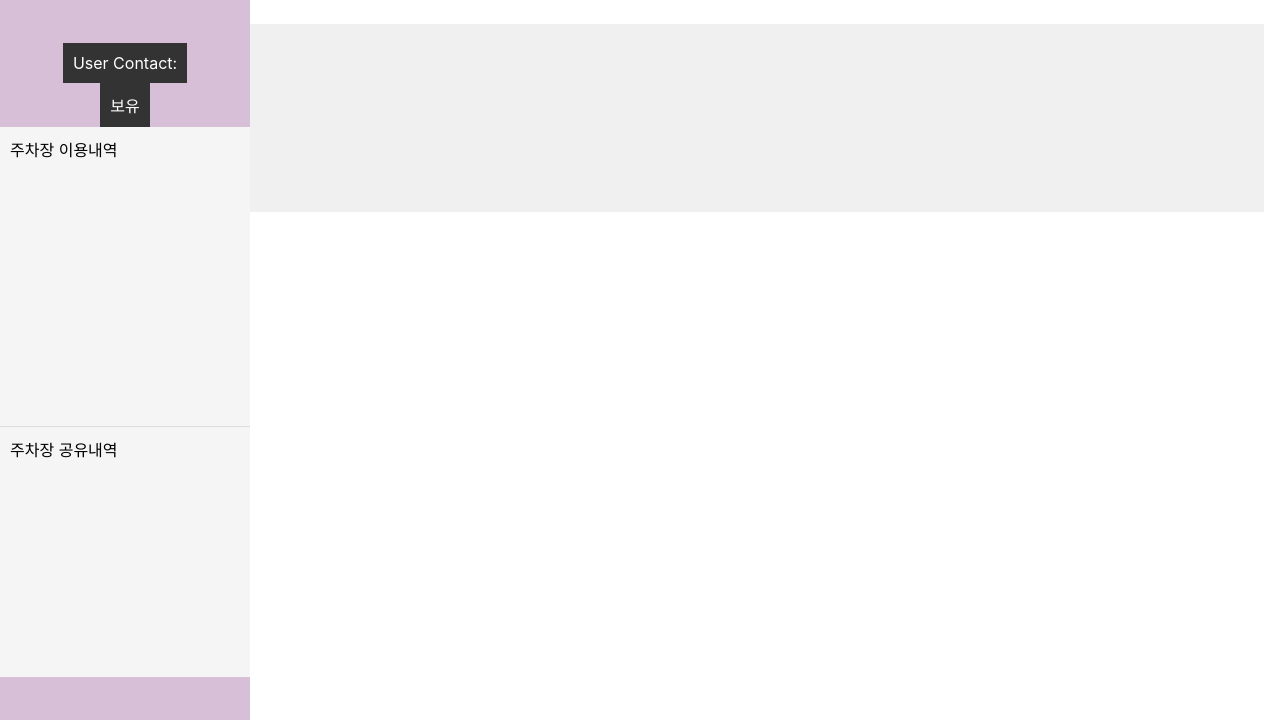
Repository: ohjjoa/reactTest
Page: /, after clicking the first element matching `img`
These files come from the project's save history. The page is drawn as it stood at one moment and after the next save; the edit follows.
The browser window is 1280 px wide. The pictures show the whole page.
The project was rebuilt for these pictures with package versions that can differ from the ones it lists, and the page was loaded fresh each time.

Above is the page before, as saved 2024-08-02 05:18:54.

After the next save:
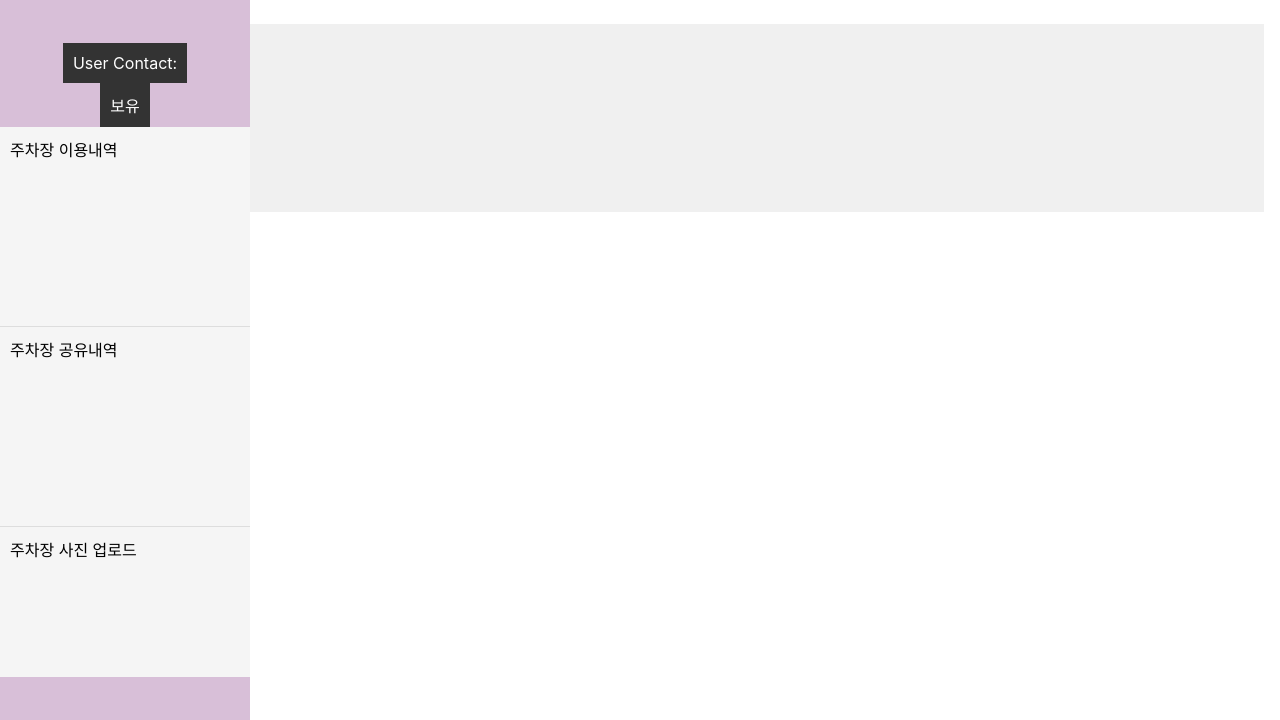
Saved 14 s later.
--- a/src/pages/Home/index.tsx
+++ b/src/pages/Home/index.tsx
@@ -62,7 +62,7 @@ const Home = () => {
       padding: '10px', // 아이템의 패딩
       borderBottom: '1px solid #ddd', // 아이템 하단의 경계선 (선택 사항)
       boxSizing: 'border-box', // 패딩과 경계선이 요소의 전체 크기에 포함되도록
-      height: '300px',
+      height: '200px',
       color: '#000000'
     }}
   >
